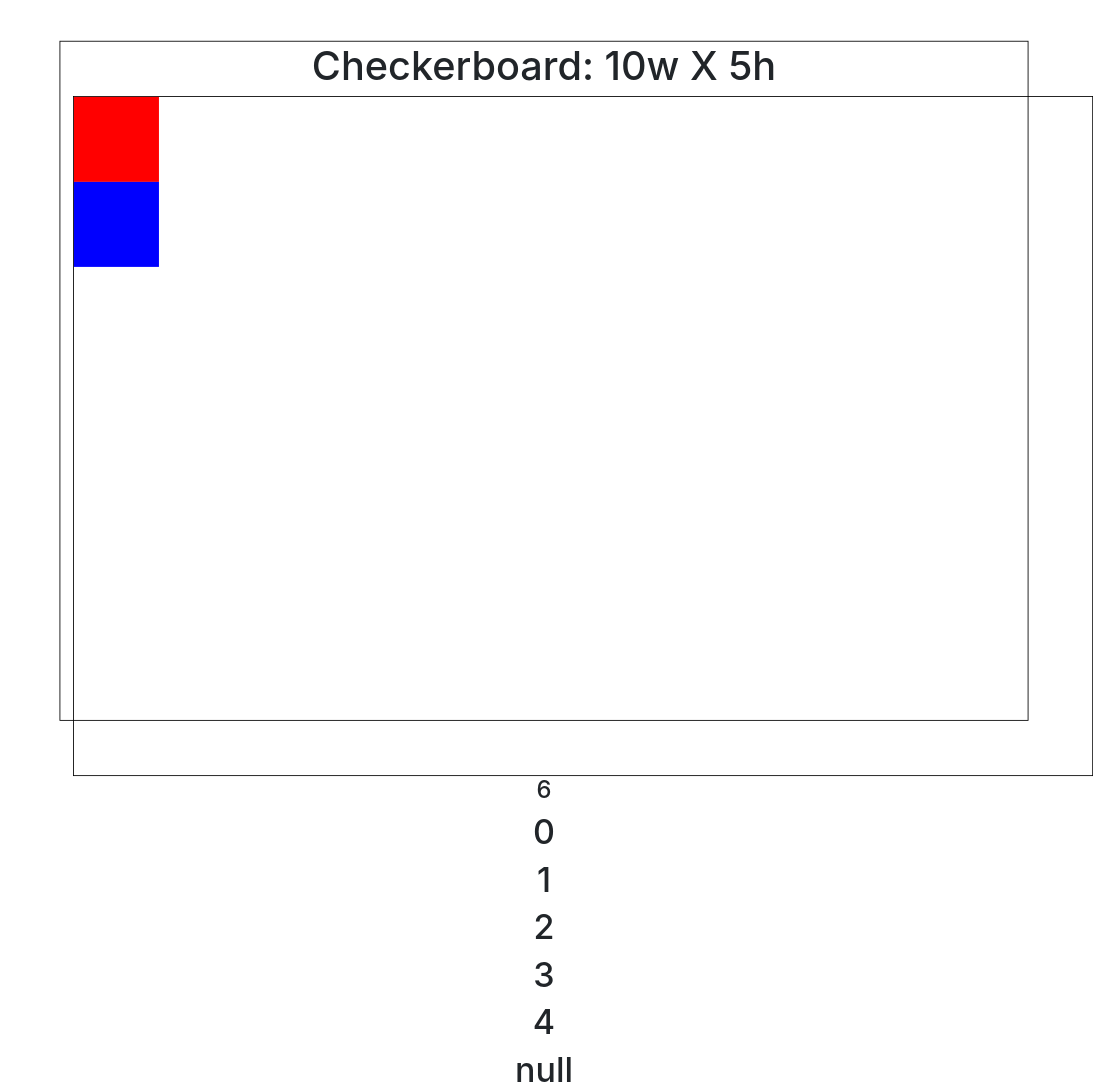
Repository: ACow3/java
Page: http://localhost/Checkerboard/checkerboard.jsp
An editor plug-in stored every save of this project. The page is shown before and after the next save, followed by the edit.
The browser window is 1280 px wide. The page is 1286 px wide, then 1280 px, so the pictures cover 1286 px, including what lies to the right of the window. The pictures show the whole page, at 85% of full size.
The page is served by Tomcat 9.

Above is the page before, as saved 2019-08-09 00:58:35.

### javaOOP/Checkerboard/WebContent/checkerboard.jsp
<%@ page language="java" contentType="text/html; charset=UTF-8"
    pageEncoding="UTF-8"%>
<!DOCTYPE html>
<html>
<head>
<meta charset="UTF-8">
<link rel="stylesheet" href="https://stackpath.bootstrapcdn.com/bootstrap/4.3.1/css/bootstrap.min.css" integrity="sha384-ggOyR0iXCbMQv3Xipma34MD+dH/1fQ784/j6cY/iJTQUOhcWr7x9JvoRxT2MZw1T" crossorigin="anonymous">
<title>Checkerboard</title>
<style>
	.container{
		text-align: center;
		width: 1200px;
		height: 800px;
		border: 1px solid black;
	}

	.cb_title{
		font-size: 35pt;
		text-align: center;
	}

	.checkerboard{
		border: 1px solid black;
		text-align: center;
		width: 1200px;
		height: 800px;
	}
	.red_box{
		width: 100px;
		height: 100px;
		background-color: red;

	}
	.blue_box{
		width: 100px;
		height: 100px;
		background-color: blue;

	}
</style>
</head>
<body>

	<div class="mastercontainer">
		<div class="container mt-5">
		<h1 class="cb_title">Checkerboard: 10w X 5h</h1>

		<div class="checkerboard">
			<div class="red_box"></div>
			<div class="blue_box"></div>
		</div>

			<%!
	public int add(int a, int b) {
		return a + b;
	}
	%>

	<%
	int i = 2;
	int j = 4;
	%>

	<h3><%= add(i, j) %></h3>
	<% for(int index = 0; index < 5; index++) { %>
		<h1><%= index %></h1>
	<% } %>

	<!-- getting the value for the name parameter -->
    <% String req = request.getParameter("name"); %>
    <!-- displaying the value -->
    <h1><%= req %></h1>


		</div>

	</div>

</body>
</html>

After the next save:
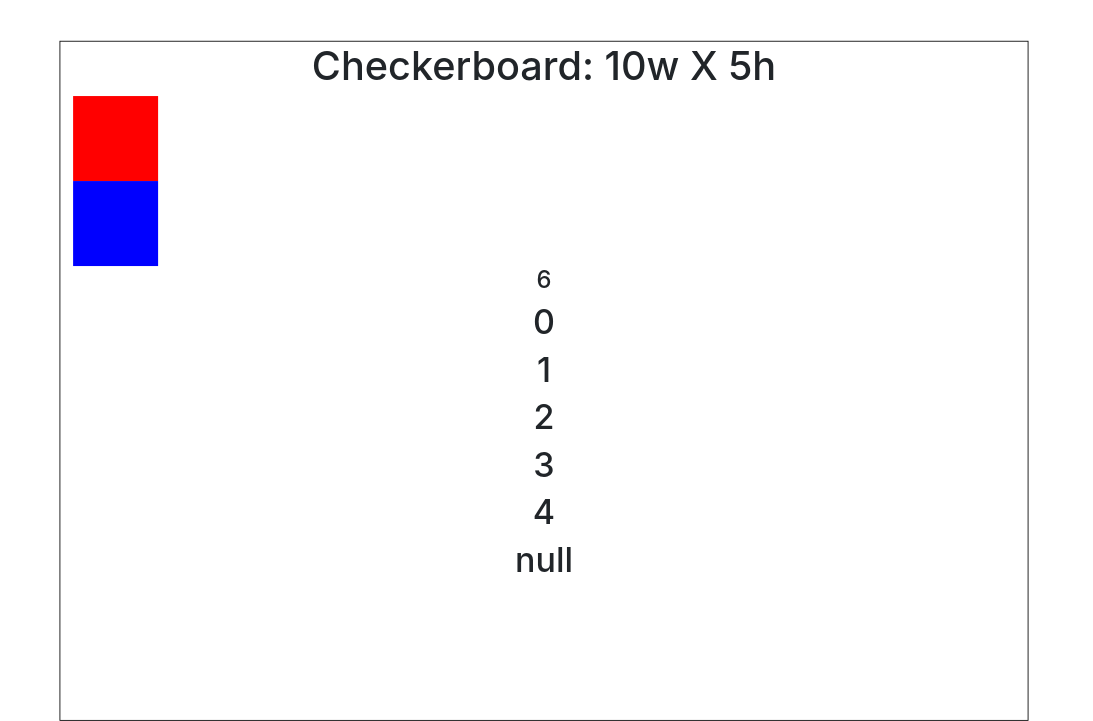
Saved 19 s later.
--- a/javaOOP/Checkerboard/WebContent/checkerboard.jsp
+++ b/javaOOP/Checkerboard/WebContent/checkerboard.jsp
@@ -19,12 +19,6 @@
 		text-align: center;
 	}
 
-	.checkerboard{
-		border: 1px solid black;
-		text-align: center;
-		width: 1200px;
-		height: 800px;
-	}
 	.red_box{
 		width: 100px;
 		height: 100px;
